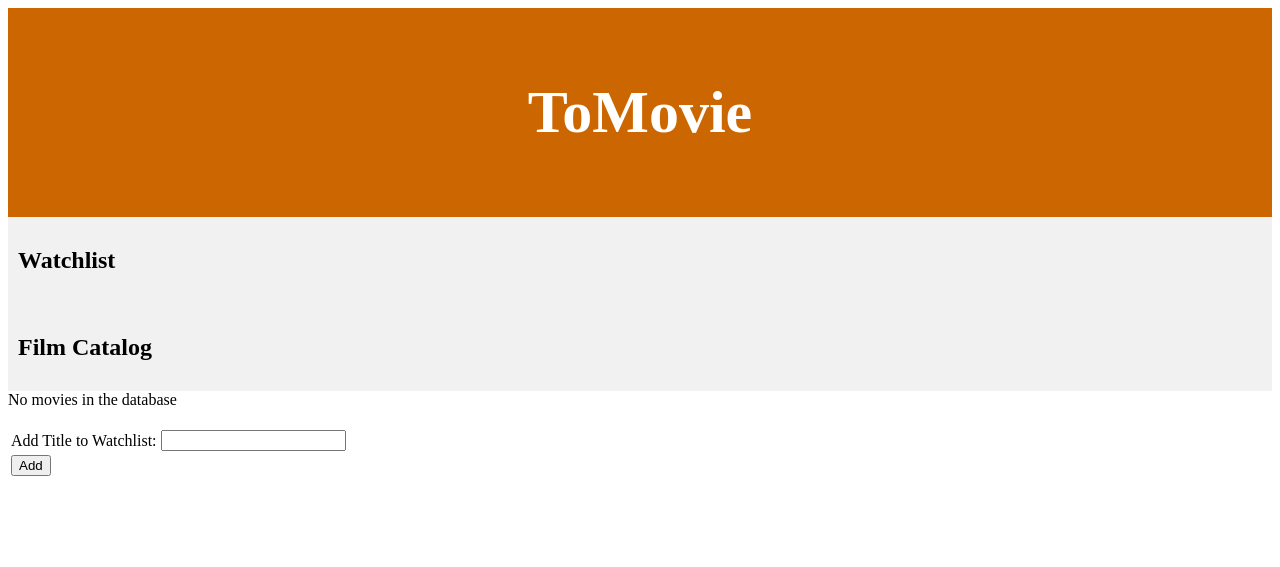
Repository: dannie-su-sjsu/CS157A-team6
Page: http://localhost/ToMovie/movie.jsp
These files come from the project's save history. The page is drawn as it stood at one moment and after the next save; the edit follows.
The browser window is 1280 px wide. The pictures show the whole page.
The page is served by Tomcat 9. Other server files are loaded and not shown. Queries for data that is not in the repository find no rows.

Above is the page before, as saved 2023-07-16 04:07:40.

### ToMovie/src/main/webapp/movie.jsp
<%@ page language="java" contentType="text/html; \charset=UTF-8"
	pageEncoding="UTF-8"%>
<%@ page import = "java.sql.*"%>
<!DOCTYPE html>
<html>
<head>
<meta charset="UTF-8">
<style><%@include file="/WEB-INF/css/style.css"%></style>
<title>MovieList</title>
</head>
<body>
<header><h1>ToMovie</h1></header>
<article><h2>Watchlist</h2></article>
<article><h2>Film Catalog</h2></article>

<%
//*** CONNECTING TO DATABASE ***///
Class.forName("com.mysql.cj.jdbc.Driver");
Connection con = DriverManager.getConnection("jdbc:mysql://localhost:3306/cs157aprojectteam6","root","Halo4mlg!");
%>


<%
//*** DISPLAYING MOVIE TABLE ***///
try{
	PreparedStatement display = con.prepareStatement("SELECT * FROM cs157aprojectteam6.Movie");
	ResultSet showDisplay = display.executeQuery();
	if(showDisplay.next()==false){
		out.println("No movies in the database");
	}
	else{%>
		<div class= "table_mod1">
			<table>
			<tr><th>ID</th><th>Title</th><th>Year Released</th></tr> <%
			do
			{ %>
				<tr><td><%= showDisplay.getString(1) %></td><td><%= showDisplay.getString(2) %></td><td><%= showDisplay.getString(3) %></td></tr><%
			}while(showDisplay.next());%>
			</table>
		</div><%
	}
}
catch(Exception e){
	e.getStackTrace();
}
%>

<%//*** ADDING FILMS ***///%>
<form action ="MovieServlet" method="post"><br>
<table>
<tr><td> Add Title to Watchlist: </td><td><input type = text name = title></td></tr>
<tr><td><input type = submit value = Add></td></tr>
</table>
</form>

</body>
</html>

### ToMovie/src/main/webapp/WEB-INF/css/style.css
@charset "UTF-8";
.button-container1{
	background-color: #C60;
	padding: 15px 32px;
  	text-align: center;
  	font-size: 36px;
  	font-family: Jockey One;
  	margin-right:100px;
  	box-shadow: 0 12px 16px 0 rgba(0,0,0,0.24), 0 17px 50px 0 rgba(0,0,0,0.19);

}
.button-container2{
	background-color: #C60;
	padding: 15px 32px;
  	color: #1E1E1E;
  	text-align: center;
  	font-size: 36px;
  	font-family: Jockey One;
  	margin-left:100px;
  	box-shadow: 0 12px 16px 0 rgba(0,0,0,0.24), 0 17px 50px 0 rgba(0,0,0,0.19);

}
.button-flex{
	display:flex;
	display: inline-block;
}
.table_mod1{
  border: 1px solid black;
  border-collapse: collapse;
}
header {
  background-color: #C60;
  padding: 30px;
  text-align: center;
  font-size: 30px;
  color: white;
}
article {
  -webkit-flex: 3;
  -ms-flex: 3;
  flex: 3;
  background-color: #f1f1f1;
  padding: 10px;
}
section {
  display: -webkit-flex;
  display: flex;
}

After the next save:
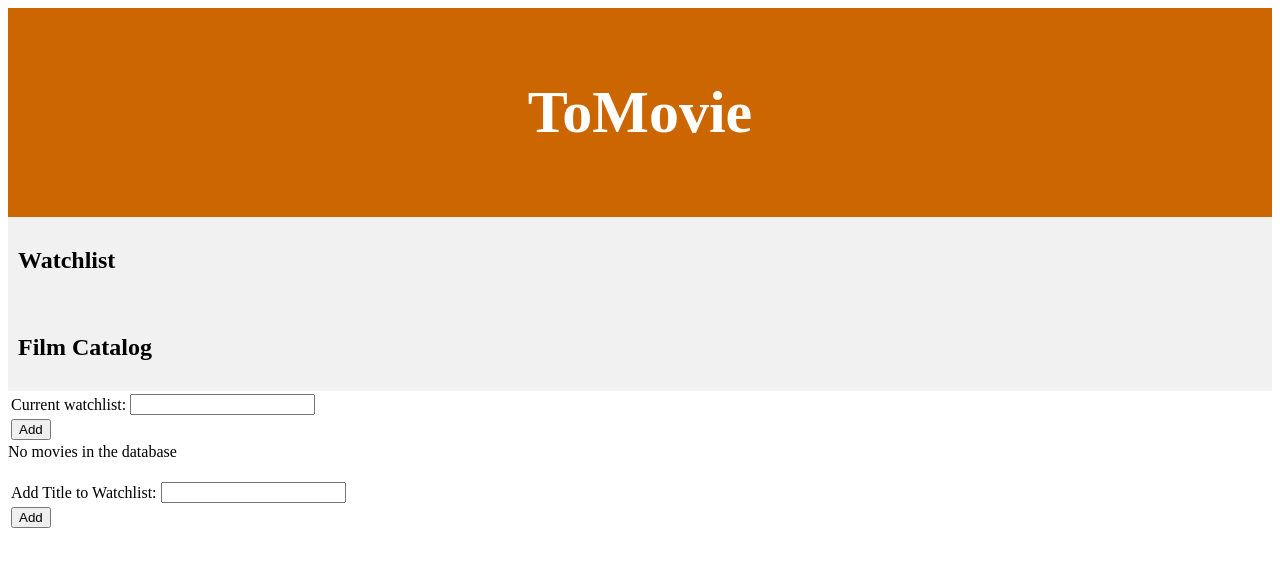
Saved 3 min 11 s later.
--- a/ToMovie/src/main/webapp/movie.jsp
+++ b/ToMovie/src/main/webapp/movie.jsp
@@ -18,7 +18,11 @@
 Class.forName("com.mysql.cj.jdbc.Driver");
 Connection con = DriverManager.getConnection("jdbc:mysql://localhost:3306/cs157aprojectteam6","root","Halo4mlg!");
 %>
-
+<%//*** DISPLAYING MOVIE TABLE ***/// %>
+<table>
+<tr><td> Current watchlist: </td><td><input type = text name = title></td></tr>
+<tr><td><input type = submit value = Add></td></tr>
+</table>
 
 <%
 //*** DISPLAYING MOVIE TABLE ***///
